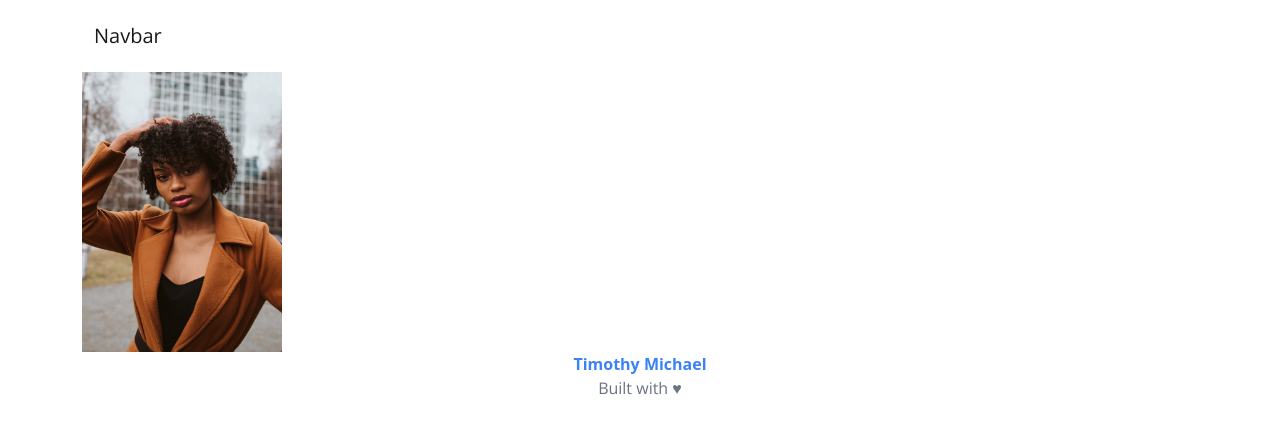
Repository: latenightsnacc/giggles
Page: HTML/CV.html
An editor plug-in stored every save of this project. The page is shown before and after the next save, followed by the edit.
The browser window is 1280 px wide. The pictures show the whole page.
Some web libraries are served in a nearby version.

Above is the page before, as saved 2021-01-04 14:58:16.

### HTML/CV.html
<!DOCTYPE html>
<html lang="en">
<head>
    <meta charset="UTF-8">
    <meta name="viewport" content="width=device-width, initial-scale=1.0">
    <link href="https://cdnjs.cloudflare.com/ajax/libs/tailwindcss/2.0.2/tailwind.min.css" rel="stylesheet">
    <link rel="stylesheet" href="https://stackpath.bootstrapcdn.com/font-awesome/4.7.0/css/font-awesome.min.css" />
    <link href="https://cdn.jsdelivr.net/npm/bootstrap@5.0.0-beta1/dist/css/bootstrap.min.css" rel="stylesheet" integrity="sha384-giJF6kkoqNQ00vy+HMDP7azOuL0xtbfIcaT9wjKHr8RbDVddVHyTfAAsrekwKmP1" crossorigin="anonymous">
    <link rel="stylesheet" href="stylesheet.css">
    <title>CV Page</title>
</head>
<body class="overflow-x-hidden">
    <!--Navigation-->
    <header class="container">
        <nav class="navbar navbar-expand-lg navbar-light bg-white py-3">
            <div class="container-fluid">
              <a class="navbar-brand" href="search.html">Navbar</a>
              <button class="navbar-toggler" type="button" data-bs-toggle="collapse" data-bs-target="#navbarNavDropdown" aria-controls="navbarNavDropdown" aria-expanded="false" aria-label="Toggle navigation">
                <span class="navbar-toggler-icon"></span>
              </button>
              <div class="collapse navbar-collapse" id="navbarNavDropdown">

              </div>
            </div>
        </nav>
    </header>
    <main>
        <!--CV Profile-->
        <div class="container">
            <div class="row">
                <div class="col-xs-12 col-sm-12 col-md-3 col-lg-3 col-xl-3">
                    <div >
                        <img src="assets/userDp.jpg" style="width:200px" alt="profile picture">
                    </div>
                </div>
                <div class="col-xs-12 col-sm-12 col-md-9 col-lg-9 col-xl-9"></div>
            </div>
        </div>
    </main>
    <footer class="text-center text-l text-blue-500 font-semibold">
        Timothy Michael
        <p class="text-gray-500">Built with &hearts;</p>
    </footer>

    <script src="https://cdn.jsdelivr.net/npm/bootstrap@5.0.0-beta1/dist/js/bootstrap.bundle.min.js" integrity="sha384-ygbV9kiqUc6oa4msXn9868pTtWMgiQaeYH7/t7LECLbyPA2x65Kgf80OJFdroafW" crossorigin="anonymous"></script>

</body>
</html>

### HTML/stylesheet.css
@import url('https://fonts.googleapis.com/css2?family=Montserrat:wght@400;700&family=Open+Sans:wght@300;400&display=swap');

h1, h2, h3, h4, h5, h6 {
    font-family: 'Montserrat', sans-serif;
}
.user-info h1 {
    line-height: 60px;
    font-size: 50px;
    font-weight: 700;
    margin-top: 20px;
}
.user-info h2 {
    line-height: 27px;
    font-size: 18px;
    font-weight: 400;
    margin-top: 15px;
}
.user-info span {
    line-height: 36px;
    font-size: 30px;
    font-weight: 600;
}
.user-info p {
    margin: 5px 0;
}
.user-info button {
    margin-top: 10px;
}
p, div, a, button {
    font-family: 'Open Sans', sans-serif;
    font-weight: 300;
}

.work-experience .row:hover .text {
    border:2px solid  #3b82f6;

}
.work-experience .row:hover .flex .no {
    border:1px solid #3b82f6;

}
.nav-link {
    color: #3b82f6 !important;
}
.nav-item .active{
    font-weight: 600;
}

After the next save:
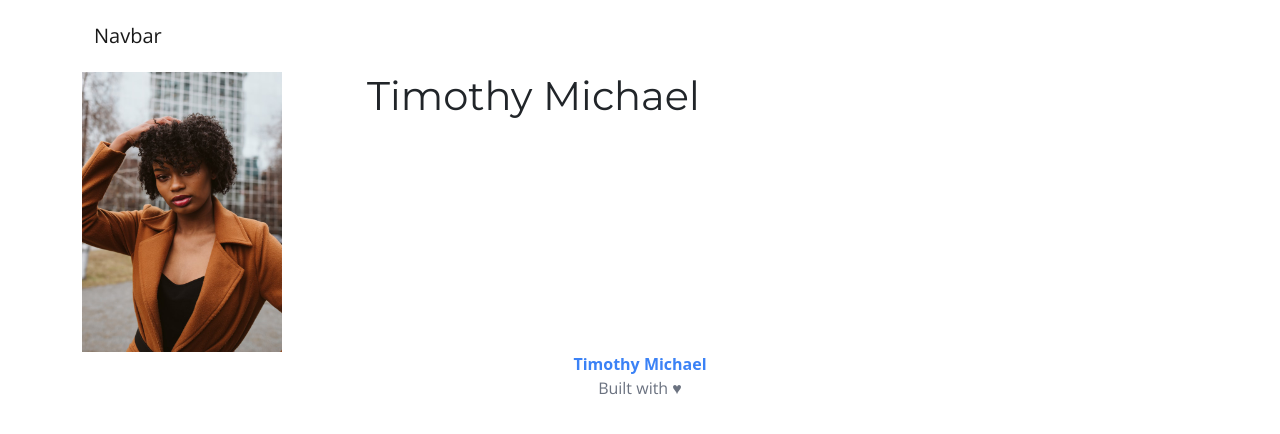
Saved 4 min 6 s later.
--- a/HTML/CV.html
+++ b/HTML/CV.html
@@ -29,11 +29,15 @@
         <div class="container">
             <div class="row">
                 <div class="col-xs-12 col-sm-12 col-md-3 col-lg-3 col-xl-3">
-                    <div >
+                    <div>
                         <img src="assets/userDp.jpg" style="width:200px" alt="profile picture">
                     </div>
                 </div>
-                <div class="col-xs-12 col-sm-12 col-md-9 col-lg-9 col-xl-9"></div>
+                <div class="col-xs-12 col-sm-12 col-md-9 col-lg-9 col-xl-9">
+                    <div>
+                        <h1>Timothy Michael</h1>
+                    </div>
+                </div>
             </div>
         </div>
     </main>
